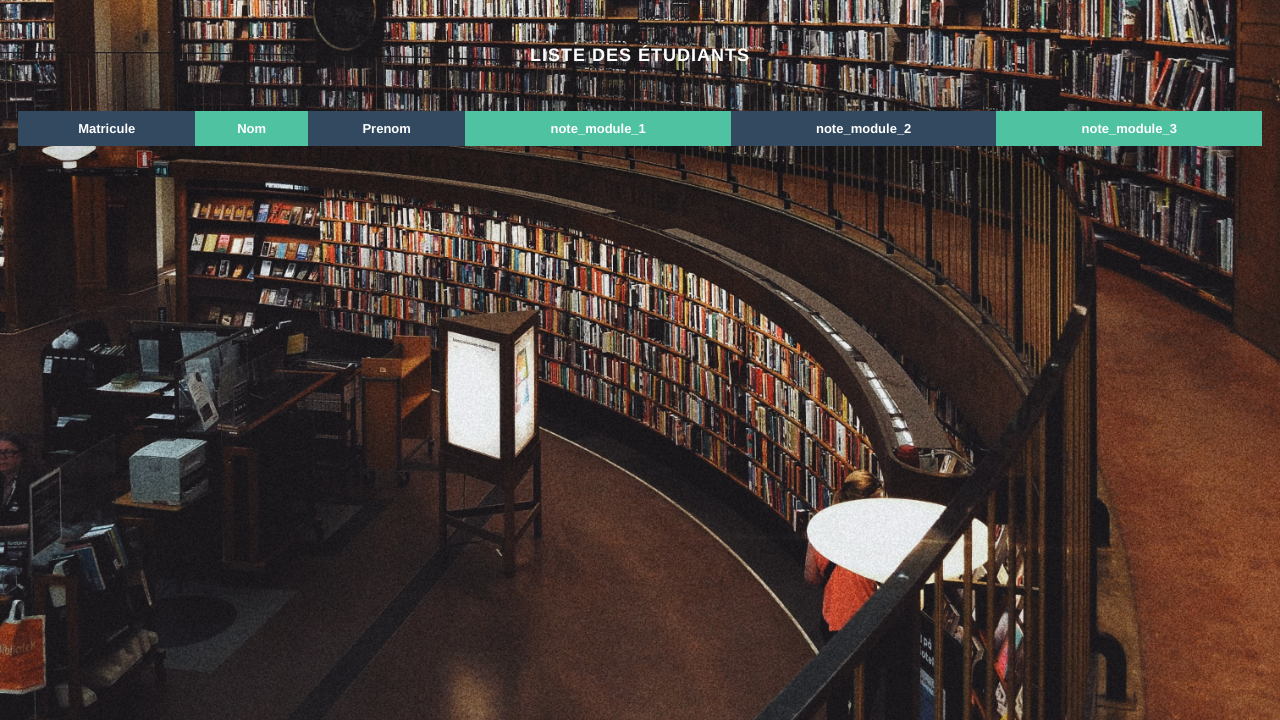
Repository: tt5300447/parakeet
Page: http://localhost/
These files come from the project's save history. The page is drawn as it stood at one moment and after the next save; the edit follows.
The browser window is 1280 px wide. The pictures show the whole page.
The page is run by PHP 8.4 with error messages shown; the project is at /var/www/html/. Queries for data that is not in the repository find no rows.

Above is the page before, as saved 2022-06-19 16:33:32.

### Copier/htdocs/Liste/index.php
<!DOCTYPE html>
<html lang="en">
<head>
    <meta charset="UTF-8">
    <meta http-equiv="X-UA-Compatible" content="IE=edge">
    <meta name="viewport" content="width=device-width, initial-scale=1.0">
    <title>Document</title>
    <link rel="stylesheet" href="table.css">
</head>
<body>
   <h2>Liste des étudiants</h2>
    <div class="table-wrapper">
    <?php
$servername = "localhost";
$username = "root";
$password = "";
$db = "scolarite";
// Create connection
$conn = new mysqli($servername, $username, $password,$db);
// Check connection
if (mysqli_connect_errno())
{
echo "Failed to connect to MySQL: " . mysqli_connect_error();
}

$result = $conn->query("SELECT * FROM Etudiant");

echo "<table class='fl-table'>
<thead>
    <tr>
        <th>Matricule</th>
        <th>Nom</th>
        <th>Prenom</th>
        <th>note_module_1</th>
        <th>note_module_2</th>
        <th>note_module_3</th>
    </tr>
</thead>
<tbody>";

while($row = mysqli_fetch_array($result))
{
echo "<tr>";
echo "<td>" . $row['matricule'] . "</td>";
echo "<td>" . $row['nom'] . "</td>";
echo "<td>" . $row['prenom'] . "</td>";
echo "<td>" . $row['note_module_1'] . "</td>";
echo "<td>" . $row['note_module_2'] . "</td>";
echo "<td>" . $row['note_module_3'] . "</td>";
echo "</tr>";
}
echo "<tbody>
</table>";

mysqli_close($conn);
?>
</div>
</body>
</html>

### Copier/htdocs/Liste/table.css
* {
    box-sizing: border-box;
    -webkit-box-sizing: border-box;
    -moz-box-sizing: border-box;
}

html {
    background-image: url("background4.jpg"), linear-gradient(rgba(63, 63, 63, 0.8) 25%, rgba(255, 255, 255, 0) 75%) !important;
    -webkit-background-size: cover;
    -moz-background-size: cover;
    -o-background-size: cover;
    background-size: cover;
    background-position: center;
    background-repeat: no-repeat;
}

body {
    font-family: Helvetica;
    -webkit-font-smoothing: antialiased;
}

h2 {
    text-align: center;
    font-size: 18px;
    text-transform: uppercase;
    letter-spacing: 1px;
    color: white;
    padding: 30px 0;
}


/* Table Styles */

.table-wrapper {
    margin: 10px 10px 10px;
    box-shadow: 0px 35px 50px rgba(0, 0, 0, 0.2);
}

.fl-table {
    border-radius: 5px;
    font-size: 13px;
    font-weight: normal;
    border: none;
    border-collapse: collapse;
    width: 100%;
    max-width: 100%;
    white-space: nowrap;
    background-color: white;
}

.fl-table td,
.fl-table th {
    text-align: center;
    padding: 10px;
}

.fl-table td {
    border-right: 1px solid #f8f8f8;
    font-size: 14px;
}

.fl-table thead th {
    color: #ffffff;
    background: #4fc3a1;
}

.fl-table thead th:nth-child(odd) {
    color: #ffffff;
    background: #324960;
}

.fl-table tr:nth-child(even) {
    background: #f8f8f8;
}


/* Responsive */

@media (max-width: 767px) {
    .fl-table {
        display: block;
        width: 100%;
    }
    .table-wrapper:before {
        content: "Scroll horizontally >";
        display: block;
        text-align: right;
        font-size: 11px;
        color: white;
        padding: 0 0 10px;
    }
    .fl-table thead,
    .fl-table tbody,
    .fl-table thead th {
        display: block;
    }
    .fl-table thead th:last-child {
        border-bottom: none;
    }
    .fl-table thead {
        float: left;
    }
    .fl-table tbody {
        width: auto;
        position: relative;
        overflow-x: auto;
    }
    .fl-table td,
    .fl-table th {
        padding: 20px 0.625em 0.625em 0.625em;
        height: 60px;
        vertical-align: middle;
        box-sizing: border-box;
        overflow-x: hidden;
        overflow-y: auto;
        width: 120px;
        font-size: 13px;
        text-overflow: ellipsis;
    }
    .fl-table thead th {
        text-align: left;
        border-bottom: 1px solid #f7f7f9;
    }
    .fl-table tbody tr {
        display: table-cell;
    }
    .fl-table tbody tr:nth-child(odd) {
        background: none;
    }
    .fl-table tr:nth-child(even) {
        background: transparent;
    }
    .fl-table tr td:nth-child(odd) {
        background: #f8f8f8;
        border-right: 1px solid #e6e4e4;
    }
    .fl-table tr td:nth-child(even) {
        border-right: 1px solid #e6e4e4;
    }
    .fl-table tbody td {
        display: block;
        text-align: center;
    }
}

After the next save:
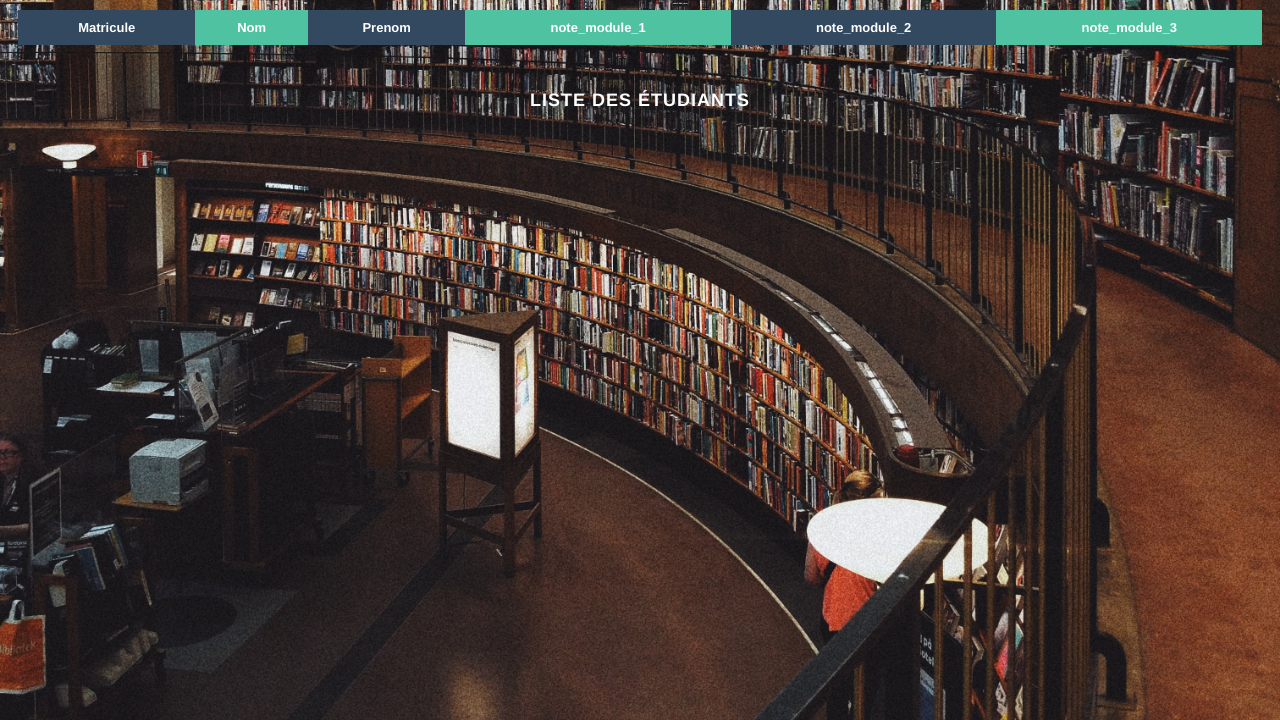
Saved 41 s later.
--- a/Copier/htdocs/Liste/index.php
+++ b/Copier/htdocs/Liste/index.php
@@ -8,7 +8,6 @@
     <link rel="stylesheet" href="table.css">
 </head>
 <body>
-   <h2>Liste des étudiants</h2>
     <div class="table-wrapper">
     <?php
 $servername = "localhost";
@@ -55,5 +54,7 @@
 mysqli_close($conn);
 ?>
 </div>
+   <h2>Liste des étudiants</h2>
+
 </body>
 </html>

After the save that followed:
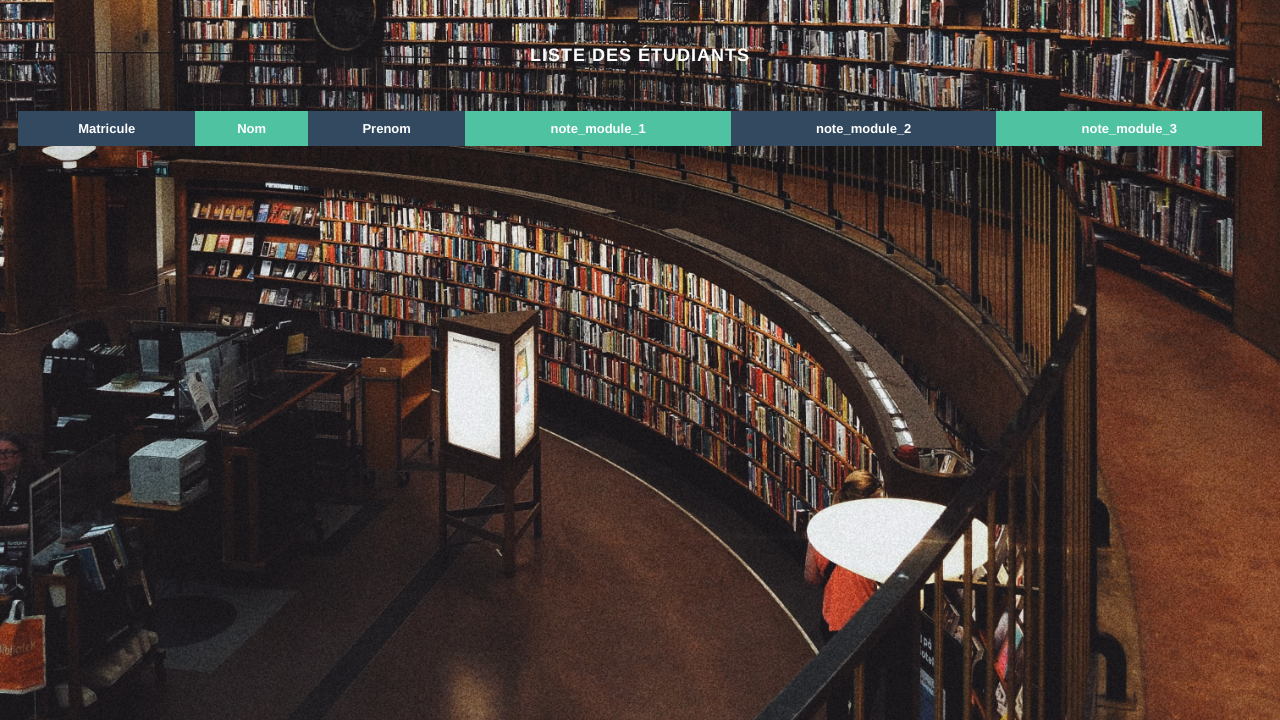
Saved 15 s later.
--- a/Copier/htdocs/Liste/index.php
+++ b/Copier/htdocs/Liste/index.php
@@ -8,6 +8,7 @@
     <link rel="stylesheet" href="table.css">
 </head>
 <body>
+   <h2>Liste des étudiants</h2>
     <div class="table-wrapper">
     <?php
 $servername = "localhost";
@@ -54,7 +55,5 @@
 mysqli_close($conn);
 ?>
 </div>
-   <h2>Liste des étudiants</h2>
-
 </body>
 </html>
